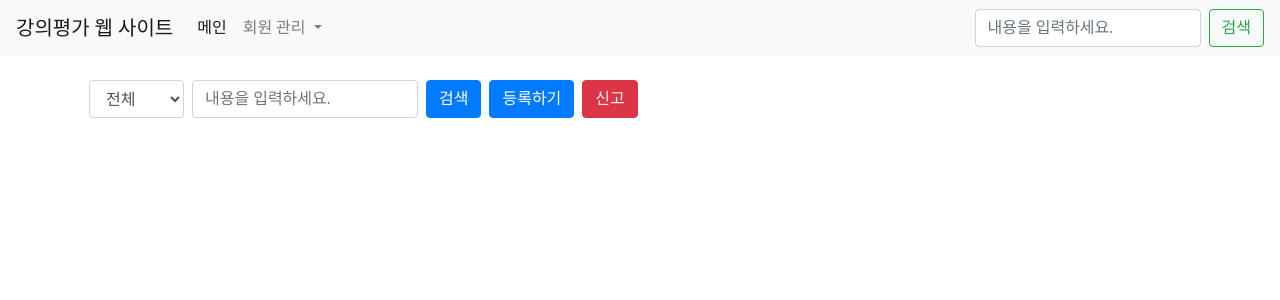
Repository: cldud5221/thdcldud
Page: http://localhost/info/
An editor plug-in stored every save of this project. The page is shown before and after the next save, followed by the edit.
The browser window is 1280 px wide. The pictures show the whole page.
Some web fonts or font styles are not loaded; a fallback is used. The page is served by Tomcat 9.

Above is the page before, as saved 2019-07-09 07:25:11.

After the next save:
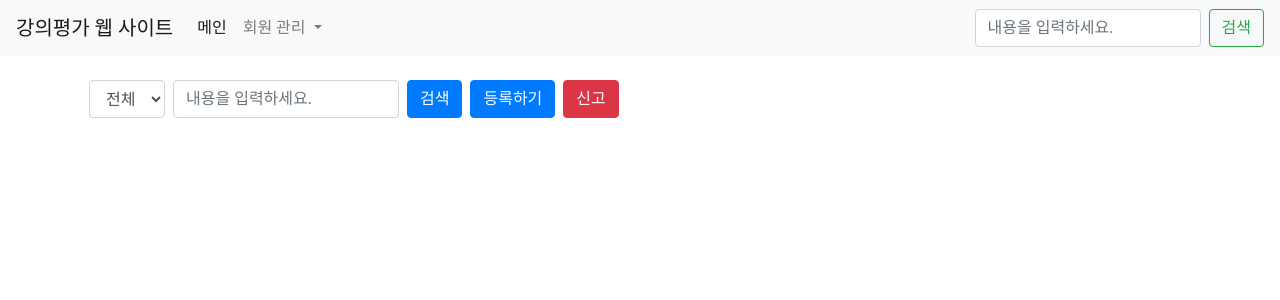
Saved 16 s later.
--- a/info/WebContent/index.jsp
+++ b/info/WebContent/index.jsp
@@ -44,7 +44,7 @@
 				<option value="전체">전체</option>
 				<option value="보안">보안</option>
 				<option value="자바">자바</option>
-				<option value="웹 개발">웹 개발</option>
+				<option value="웹">웹</option>
 			</select>
 			<input type="text" name="search" class="form-control mx-1 mt-2" placeholder="내용을 입력하세요.">
 			<button type="submit" class="btn btn-primary mx-1 mt-2">검색</button>

After the save that followed:
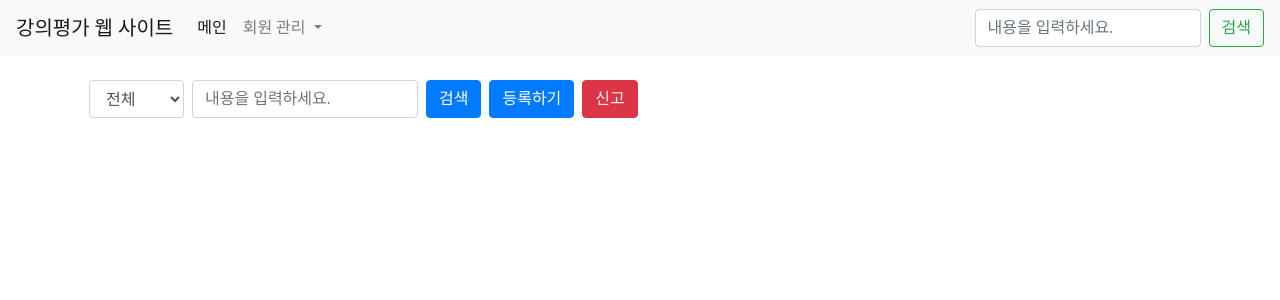
Saved 10 s later.
--- a/info/WebContent/index.jsp
+++ b/info/WebContent/index.jsp
@@ -44,7 +44,7 @@
 				<option value="전체">전체</option>
 				<option value="보안">보안</option>
 				<option value="자바">자바</option>
-				<option value="웹">웹</option>
+				<option value="웹 개발">웹 개발</option>
 			</select>
 			<input type="text" name="search" class="form-control mx-1 mt-2" placeholder="내용을 입력하세요.">
 			<button type="submit" class="btn btn-primary mx-1 mt-2">검색</button>
